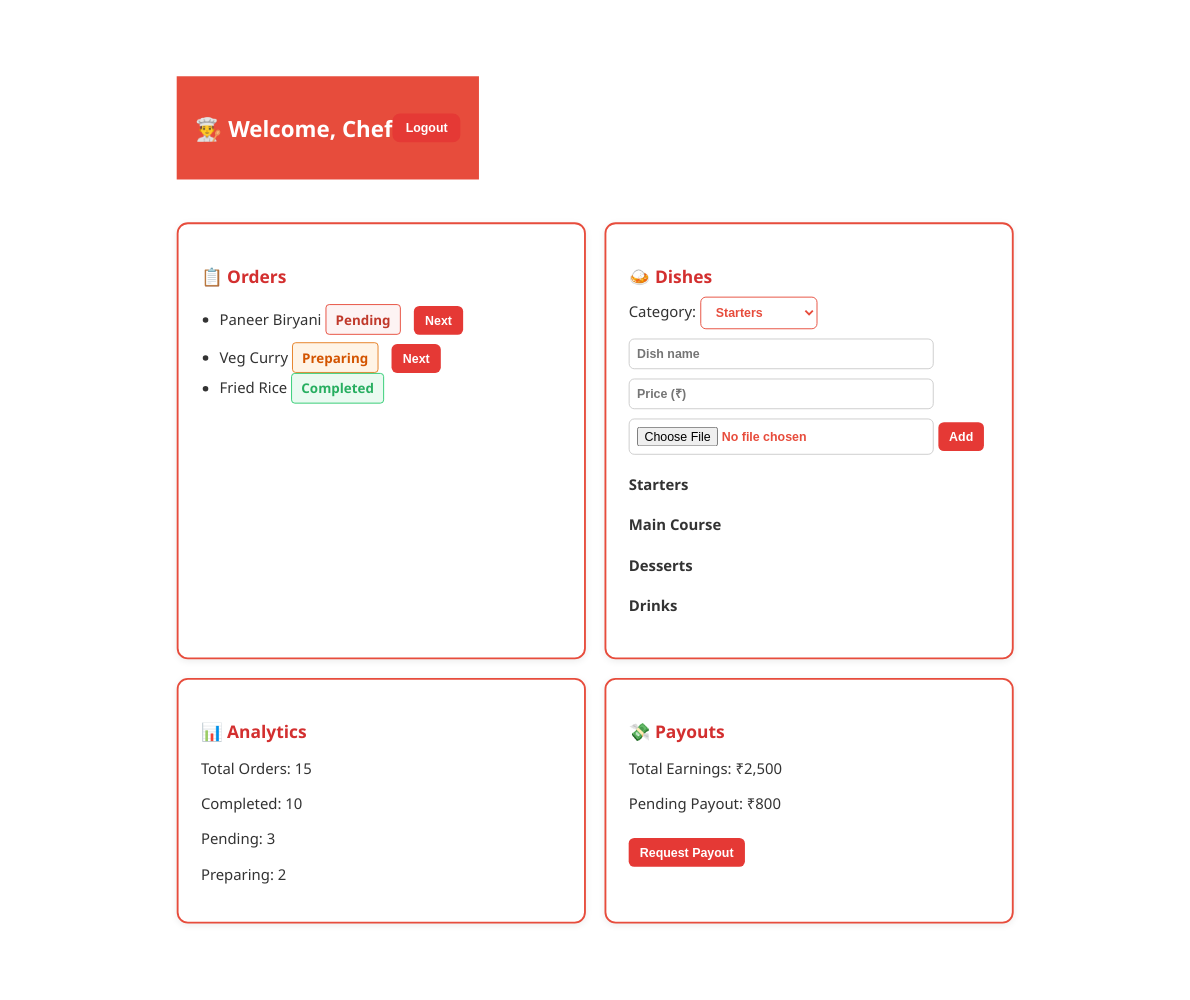
Repository: 1Siri7/chef
Page: dashboard.html
These files come from the project's save history. The page is drawn as it stood at one moment and after the next save; the edit follows.
The browser window is 1280 px wide. The pictures show the whole page, at 93% of full size.

Above is the page before, as saved 2025-08-01 21:48:27.
Console error: TypeError: Cannot read properties of null (reading 'addEventListener')

### dashboard.html
<!DOCTYPE html>
<html lang="en">
<head>
  <meta charset="UTF-8" />
  <meta name="viewport" content="width=device-width, initial-scale=1.0">
  <title>Chef Dashboard - Zavoryaf</title>
  <link rel="stylesheet" href="style.css" />
</head>
<body>
  <div class="dashboard-container">
    <header>
      <h2>👨‍🍳 Welcome, Chef</h2>
      <button onclick="logout()">Logout</button>
    </header>

    <section class="dashboard">
      <!-- Orders Section -->
      <!-- Orders Section -->
<!-- Orders Section -->
<div class="card orders">
  <h3>📋 Orders</h3>
  <ul id="orderList">
    <li class="order-item">
      <span class="dish-name">Paneer Biryani</span>
      <span class="status pending">Pending</span>
      <button onclick="updateOrderStatus(this)">Next</button>
    </li>
    <li class="order-item">
      <span class="dish-name">Veg Curry</span>
      <span class="status preparing">Preparing</span>
      <button onclick="updateOrderStatus(this)">Next</button>
    </li>
    <li class="order-item">
      <span class="dish-name">Fried Rice</span>
      <span class="status completed">Completed</span>
    </li>
  </ul>
</div>


<!-- Dishes Section -->
<div class="card menu">
  <h3>🍛 Dishes</h3>
  <label for="dishCategory">Category:</label>
  <select id="dishCategory">
    <option value="starters">Starters</option>
    <option value="main-course">Main Course</option>
    <option value="desserts">Desserts</option>
    <option value="drinks">Drinks</option>
  </select>

  <input type="text" id="newDish" placeholder="Dish name" />
  <input type="number" id="dishPrice" placeholder="Price (₹)" />
  <input type="file" id="dishImage" accept="image/*" />
  <button onclick="addDish()">Add</button>

  <h4>Starters</h4>
  <ul id="startersList"></ul>

  <h4>Main Course</h4>
  <ul id="main-courseList"></ul>

  <h4>Desserts</h4>
  <ul id="dessertsList"></ul>

  <h4>Drinks</h4>
  <ul id="drinksList"></ul>
</div>

<!-- Analytics Section -->
<div class="card analytics">
  <h3>📊 Analytics</h3>
  <p>Total Orders: 15</p>
  <p>Completed: 10</p>
  <p>Pending: 3</p>
  <p>Preparing: 2</p>
</div>

<!-- Payout Section -->
<div class="card payouts">
  <h3>💸 Payouts</h3>
  <p>Total Earnings: ₹2,500</p>
  <p>Pending Payout: ₹800</p>
  <button>Request Payout</button>
</div>


  <script src="script.js"></script>
</body>
</html>

### style.css
/* ---------- Global Styles ---------- */
body {
  font-family: 'Segoe UI', sans-serif;
  margin: 0;
  background: #fff;
  color: #333;
}

/* ---------- Auth Page ---------- */
.auth-container {
  max-width: 400px;
  margin: 60px auto;
  padding: 2rem;
  border: 2px solid #e53935;
  border-radius: 15px;
  background: #fff;
  box-shadow: 0 0 10px #f8d7da;
  text-align: center;
}

h1 {
  color: #e53935;
}

.form-toggle {
  display: flex;
  justify-content: center;
  margin-bottom: 1rem;
}

.form-toggle button {
  padding: 10px 20px;
  border: none;
  background: #fff;
  color: #e53935;
  font-weight: bold;
  cursor: pointer;
  border-bottom: 2px solid transparent;
  transition: border-bottom 0.3s ease;
}

.form-toggle button.active {
  border-bottom: 2px solid #e53935;
}

.auth-form {
  display: flex;
  flex-direction: column;
  gap: 10px;
}

.auth-form input {
  padding: 10px;
  border: 1px solid #ddd;
  border-radius: 8px;
  outline: none;
}

.auth-form button {
  background: #e53935;
  color: #fff;
  border: none;
  padding: 10px;
  border-radius: 8px;
  cursor: pointer;
  transition: background 0.3s ease;
}

.auth-form button:hover {
  background: #c62828;
}

.auth-form.hidden {
  display: none;
}

/* ---------- Dashboard Page ---------- */
.dashboard-container {
  max-width: 900px;
  margin: 50px auto;
  padding: 20px;
}

header {
  display: flex;
  justify-content: space-between;
  align-items: center;
}

header button {
  background: #e53935;
  color: #fff;
  border: none;
  padding: 8px 14px;
  border-radius: 8px;
  cursor: pointer;
  transition: background 0.3s ease;
}

header button:hover {
  background: #c62828;
}

.dashboard {
  display: flex;
  flex-wrap: wrap;
  gap: 20px;
  margin-top: 30px;
}

.card {
  background: #ffeaea;
  padding: 20px;
  flex: 1 1 280px;
  border-radius: 12px;
  box-shadow: 0 0 8px #f8c0c0;
}

.card h3 {
  color: #d32f2f;
  margin-bottom: 10px;
}

.card ul {
  padding-left: 20px;
  margin: 0;
}

.card input {
  padding: 8px;
  width: 80%;
  border-radius: 6px;
  border: 1px solid #ccc;
  margin-top: 10px;
  outline: none;
}

.card button {
  margin-top: 10px;
  padding: 8px 12px;
  background: #e53935;
  color: white;
  border: none;
  border-radius: 6px;
  cursor: pointer;
  transition: background 0.3s ease;
}

.card button:hover {
  background: #c62828;
}

/* ---------- Status Badges ---------- */
.status {
  display: inline-block;
  padding: 4px 10px;
  border-radius: 6px;
  font-size: 12px;
  font-weight: bold;
  color: white;
  margin-right: 10px;
}

.status.pending {
  background-color: orange;
}

.status.preparing {
  background-color: dodgerblue;
}

.status.completed {
  background-color: green;
}
.hidden {
  display: none;
}
/* ---------------- Mobile Styles: Red & White Theme ---------------- */
/* ---------- Global Styles ---------- */
body {
  font-family: 'Segoe UI', sans-serif;
  margin: 0;
  padding: 0;
  background: #fff;
  color: #333;
}

header {
  background-color: #e74c3c;
  color: white;
  padding: 1.2rem;
  text-align: center;
}

.dashboard-container {
  display: flex;
  justify-content: space-between;
  gap: 1rem;
  padding: 2rem;
  flex-wrap: wrap;
}

/* Cards or sections inside dashboard */
.section, .card {
  background: #fff;
  border: 2px solid #e74c3c;
  border-radius: 12px;
  padding: 1.5rem;
  width: 48%;
  box-shadow: 0 2px 8px rgba(0,0,0,0.08);
}

/* Dish item styling */
.dish-item {
  display: flex;
  justify-content: space-between;
  align-items: center;
  border-bottom: 1px solid #f5b5b5;
  padding: 10px 0;
}

.dish-image {
  width: 120px;
  height: 90px;
  object-fit: cover;
  border-radius: 8px;
}

.dish-info-container {
  flex-grow: 1;
  padding: 0 1rem;
}

.dish-actions {
  display: flex;
  flex-direction: row;
  gap: 10px;
}

button, input, select {
  padding: 8px 12px;
  border: 1px solid #e74c3c;
  border-radius: 6px;
  background-color: #fff;
  color: #e74c3c;
  font-weight: bold;
  cursor: pointer;
}

button:hover {
  background-color: #e74c3c;
  color: #fff;
}

.edit-btn {
  background-color: #fff;
  color: #e67e22;
  border: 1px solid #e67e22;
}

.delete-btn {
  background-color: #fff;
  color: #c0392b;
  border: 1px solid #c0392b;
}

.status {
  font-size: 0.9rem;
  padding: 6px 10px;
  border-radius: 4px;
  display: inline-block;
}

.status.pending {
  background-color: #fdf3f3;
  color: #c0392b;
  border: 1px solid #e74c3c;
}

.status.preparing {
  background-color: #fff4e6;
  color: #d35400;
  border: 1px solid #e67e22;
}

.status.completed {
  background-color: #eafaf1;
  color: #27ae60;
  border: 1px solid #2ecc71;
}

/* ---------- Responsive Styles ---------- */
@media screen and (max-width: 768px) {
  .dashboard-container {
    flex-direction: column;
    padding: 1rem;
  }

  .section, .card {
    width: 100%;
    margin-bottom: 1rem;
  }

  .dish-item {
    flex-direction: column;
    align-items: flex-start;
  }

  .dish-actions {
    flex-direction: column;
    width: 100%;
  }

  button, input, select {
    width: 100%;
    font-size: 1rem;
  }

  .edit-btn, .delete-btn {
    width: 48%;
    display: inline-block;
  }
}
/* Specific section order for mobile */
@media screen and (max-width: 768px) {
  .dashboard {
    flex-direction: column !important;
  }

  .card {
    width: 100% !important;
  }

  .orders {
    order: 1;
  }

  .menu {
    order: 2;
  }

  .analytics {
    order: 3;
  }

  .payouts {
    order: 4;
  }
}

### script.js
// script.js

// Function to handle user logout
function logout() {
    // Redirects the user to the 'index.html' page upon logout
    window.location.href = "index.html";
}
// Toggle between Login and Register forms
const loginBtn = document.getElementById("loginBtn");
const registerBtn = document.getElementById("registerBtn");
const loginForm = document.getElementById("loginForm");
const registerForm = document.getElementById("registerForm");

loginBtn.addEventListener("click", () => {
  loginBtn.classList.add("active");
  registerBtn.classList.remove("active");
  loginForm.classList.remove("hidden");
  registerForm.classList.add("hidden");
});

registerBtn.addEventListener("click", () => {
  registerBtn.classList.add("active");
  loginBtn.classList.remove("active");
  registerForm.classList.remove("hidden");
  loginForm.classList.add("hidden");
});

// Function to add a new dish to the menu
function addDish() {
    // Get references to input elements for new dish details
    const nameInput = document.getElementById("newDish");
    const priceInput = document.getElementById("dishPrice");
    const imageInput = document.getElementById("dishImage");
    const category = document.getElementById("dishCategory").value; // Get selected category


    // Trim whitespace from name and price inputs
    const name = nameInput.value.trim();
    const price = priceInput.value.trim();
    const imageFile = imageInput.files[0]; // Get the selected image file

    // Basic validation: ensure all fields are filled
    if (!name || !price || !imageFile) {
        alert("Please enter all fields and select an image.");
        return; // Stop function execution if validation fails
    }

    // Use FileReader to read the image file as a Data URL
    const reader = new FileReader();
    reader.onload = function (e) {
        // Create a new list item (<li>) for the dish
        const li = document.createElement("li");
        li.classList.add('dish-item'); // Add a class for styling and easier selection
        li.style.display = "flex"; // Use flexbox for layout
        li.style.alignItems = "center"; // Vertically center items
        li.style.gap = "15px"; // Space between elements
        li.style.padding = "10px 0";
        li.style.borderBottom = "1px dotted #eee"; // Separator

        // Create the image element for the dish
        const img = document.createElement("img");
        img.src = e.target.result; // Set image source from FileReader result
        img.alt = name; // Set alt text for accessibility
        img.style.width = "60px"; // Fixed width for display
        img.style.height = "60px"; // Fixed height for display
        img.style.objectFit = "cover"; // Ensures image covers the area without distortion
        img.style.borderRadius = "8px"; // Rounded corners for the image
        img.classList.add('dish-image'); // Add a class for easier selection

        // Create a container for dish information (name/price display and edit inputs)
        const infoContainer = document.createElement("div");
        infoContainer.classList.add('dish-info-container');
        infoContainer.style.flexGrow = "1"; // Allows it to take available space

        // Element to display dish name and price (visible when not editing)
        const infoSpan = document.createElement("span");
        infoSpan.className = "dish-info-display";
        infoSpan.textContent = `${name} - ₹${price}`;
        infoSpan.style.fontWeight = "bold";
        infoSpan.style.color = "#444";

        // Input field for editing dish name (hidden initially)
        const nameEditInput = document.createElement("input");
        nameEditInput.type = "text";
        nameEditInput.classList.add('dish-name-edit');
        nameEditInput.value = name; // Pre-fill with current name
        nameEditInput.style.display = "none"; // Hidden by default
        nameEditInput.style.width = "calc(50% - 10px)"; // Responsive width
        nameEditInput.style.padding = "5px";
        nameEditInput.style.border = "1px solid #ccc";
        nameEditInput.style.borderRadius = "4px";

        // Input field for editing dish price (hidden initially)
        const priceEditInput = document.createElement("input");
        priceEditInput.type = "number"; // Use number type for price
        priceEditInput.classList.add('dish-price-edit');
        priceEditInput.value = price; // Pre-fill with current price
        priceEditInput.style.display = "none"; // Hidden by default
        priceEditInput.style.width = "calc(50% - 10px)"; // Responsive width
        priceEditInput.style.padding = "5px";
        priceEditInput.style.border = "1px solid #ccc";
        priceEditInput.style.borderRadius = "4px";

        // File input for changing dish image (hidden initially)
        const imageFileInput = document.createElement("input");
        imageFileInput.type = "file";
        imageFileInput.accept = "image/*"; // Only accept image files
        imageFileInput.classList.add('dish-image-edit');
        imageFileInput.style.display = "none"; // Hidden by default
        imageFileInput.style.marginTop = "5px"; // Spacing above it

        // Append display and edit inputs to the info container
        infoContainer.appendChild(infoSpan);
        infoContainer.appendChild(nameEditInput);
        infoContainer.appendChild(priceEditInput);
        infoContainer.appendChild(imageFileInput);

        // Create a div for action buttons (Edit/Save, Delete)
        const actionsDiv = document.createElement("div");
        actionsDiv.className = "dish-actions";

        // Create the "Edit" button
        const editBtn = document.createElement("button");
        editBtn.textContent = "Edit";
        editBtn.classList.add('edit-btn'); // Class for selection and styling
        editBtn.style.backgroundColor = "#3498db"; // Blue color
        editBtn.style.color = "white";
        editBtn.style.border = "none";
        editBtn.style.padding = "7px 14px";
        editBtn.style.borderRadius = "5px";
        editBtn.style.cursor = "pointer";
        editBtn.style.fontSize = "0.9em";
        editBtn.style.marginRight = "8px";
        editBtn.style.transition = "background-color 0.2s ease";
        // Add hover effects
        editBtn.onmouseover = () => editBtn.style.backgroundColor = "#2980b9";
        editBtn.onmouseout = () => editBtn.style.backgroundColor = "#3498db";

        // Dynamic click handler for Edit/Save button
        editBtn.onclick = function () {
            if (editBtn.textContent === "Edit") {
                startEdit(li); // If button says "Edit", start editing mode
            } else {
                saveEdit(li); // If button says "Save", save changes
            }
        };

        // Create the "Delete" button
        const deleteBtn = document.createElement("button");
        deleteBtn.textContent = "Delete";
        deleteBtn.classList.add('delete-btn'); // Class for selection and styling
        deleteBtn.style.backgroundColor = "#e74c3c"; // Red color
        deleteBtn.style.color = "white";
        deleteBtn.style.border = "none";
        deleteBtn.style.padding = "7px 14px";
        deleteBtn.style.borderRadius = "5px";
        deleteBtn.style.cursor = "pointer";
        deleteBtn.style.fontSize = "0.9em";
        deleteBtn.style.transition = "background-color 0.2s ease";
        // Add hover effects
        deleteBtn.onmouseover = () => deleteBtn.style.backgroundColor = "#c0392b";
        deleteBtn.onmouseout = () => deleteBtn.style.backgroundColor = "#e74c3c";

        // Click handler for Delete button with confirmation
        deleteBtn.onclick = function () {
            if (confirm(`Are you sure you want to delete "${name}"?`)) {
                li.remove(); // Remove the list item from the DOM
            }
        };

        // Append buttons to the actions div
        actionsDiv.appendChild(editBtn);
        actionsDiv.appendChild(deleteBtn);

        // Append all created elements to the list item
        li.appendChild(img);
        li.appendChild(infoContainer);
        li.appendChild(actionsDiv);

        // Append the new dish list item to the correct category list
        document.getElementById(`${category}List`).appendChild(li);
    };

    // Read the image file as a Data URL, which triggers the onload event
    reader.readAsDataURL(imageFile);

    // Clear the input fields after adding the dish
    nameInput.value = "";
    priceInput.value = "";
    imageInput.value = "";
}

// Function to transition a dish item into editing mode
function startEdit(li) {
    // Get references to all relevant elements within the specific list item
    const displaySpan = li.querySelector('.dish-info-display');
    const nameInput = li.querySelector('.dish-name-edit');
    const priceInput = li.querySelector('.dish-price-edit');
    const imageFileInput = li.querySelector('.dish-image-edit');
    const editBtn = li.querySelector('.edit-btn');
    // const deleteBtn = li.querySelector('.delete-btn'); // No need to modify delete button state for now

    // Extract current name and price from the display span
    const [currentName, currentPrice] = displaySpan.textContent.split(' - ₹');

    // Populate the edit input fields with current values
    nameInput.value = currentName.trim();
    priceInput.value = currentPrice.trim();

    // Hide the display span and show the input fields
    displaySpan.style.display = 'none';
    nameInput.style.display = 'inline-block';
    priceInput.style.display = 'inline-block';
    imageFileInput.style.display = 'block'; // Display file input below text inputs

    // Change "Edit" button to "Save" and update its style
    editBtn.textContent = "Save";
    editBtn.style.backgroundColor = "#2ecc71"; // Green for Save
    editBtn.onmouseover = () => editBtn.style.backgroundColor = "#27ae60";
    editBtn.onmouseout = () => editBtn.style.backgroundColor = "#2ecc71";

    // Optional: Disable delete button during edit to prevent conflicts
    // deleteBtn.disabled = true;
}

// Function to save changes made to a dish item during editing
function saveEdit(li) {
    // Get references to all relevant elements within the specific list item
    const displaySpan = li.querySelector('.dish-info-display');
    const img = li.querySelector('.dish-image');
    const nameInput = li.querySelector('.dish-name-edit');
    const priceInput = li.querySelector('.dish-price-edit');
    const imageFileInput = li.querySelector('.dish-image-edit');
    const editBtn = li.querySelector('.edit-btn');
    // const deleteBtn = li.querySelector('.delete-btn'); // No need to modify delete button state for now

    // Get new values from the input fields
    const newName = nameInput.value.trim();
    const newPrice = priceInput.value.trim();
    const newImageFile = imageFileInput.files[0]; // Get the newly selected image file

    // Validation: ensure name is not empty and price is a valid number
    if (!newName || newPrice === "" || isNaN(parseFloat(newPrice))) {
        alert("Please enter a valid name and numeric price.");
        return; // Stop function execution if validation fails
    }

    // Update the text content of the display span
    // parseFloat and toFixed(0) ensure price is an integer in display
    displaySpan.textContent = `${newName} - ₹${parseFloat(newPrice).toFixed(0)}`;
    img.alt = newName; // Update alt text for accessibility

    // If a new image file was selected, read and update the image source
    if (newImageFile) {
        const reader = new FileReader();
        reader.onload = function (e) {
            img.src = e.target.result; // Update the main dish image
        };
        reader.readAsDataURL(newImageFile); // Read the new image file
    }

    // Hide the input fields and show the display span again
    displaySpan.style.display = 'block'; // Change back to block for text display
    nameInput.style.display = 'none';
    priceInput.style.display = 'none';
    imageFileInput.style.display = 'none';

    // Reset the file input value to clear the selected file
    imageFileInput.value = '';

    // Change "Save" button back to "Edit" and update its style
    editBtn.textContent = "Edit";
    editBtn.style.backgroundColor = "#3498db"; // Blue for Edit
    editBtn.onmouseover = () => editBtn.style.backgroundColor = "#2980b9";
    editBtn.onmouseout = () => editBtn.style.backgroundColor = "#3498db";

    // Optional: Re-enable delete button
    // deleteBtn.disabled = false;
}

// Function to update the status of an order
function updateOrderStatus(button) {
    const statusSpan = button.previousElementSibling; // Get the status span
    const currentStatus = statusSpan.textContent.toLowerCase(); // Get current status text

    // Logic to cycle through order statuses
    if (currentStatus === "pending") {
        statusSpan.textContent = "Preparing";
        statusSpan.className = "status preparing"; // Update class for styling
    } else if (currentStatus === "preparing") {
        statusSpan.textContent = "Completed";
        statusSpan.className = "status completed"; // Update class for styling
        button.remove(); // Remove the "Next" button once completed
    }
}
document.addEventListener("DOMContentLoaded", function () {
  const loginForm = document.getElementById("loginForm");
  const registerForm = document.getElementById("registerForm");
  const loginBtn = document.getElementById("loginBtn");
  const registerBtn = document.getElementById("registerBtn");

  // Toggle between Login/Register forms
  loginBtn.addEventListener("click", () => {
    loginForm.classList.remove("hidden");
    registerForm.classList.add("hidden");
    loginBtn.classList.add("active");
    registerBtn.classList.remove("active");
  });

  registerBtn.addEventListener("click", () => {
    registerForm.classList.remove("hidden");
    loginForm.classList.add("hidden");
    registerBtn.classList.add("active");
    loginBtn.classList.remove("active");
  });

  // Login form submission logic
  loginForm.addEventListener("submit", function (e) {
    e.preventDefault(); // Prevent page reload

    // You can add real validation here if needed
    const email = loginForm.querySelector('input[type="email"]').value;
    const password = loginForm.querySelector('input[type="password"]').value;

    // Dummy check
    if (email && password) {
      // Redirect to dashboard
      window.location.href = "dashboard.html";
    } else {
      alert("Please enter valid credentials.");
    }
  });
});

After the next save:
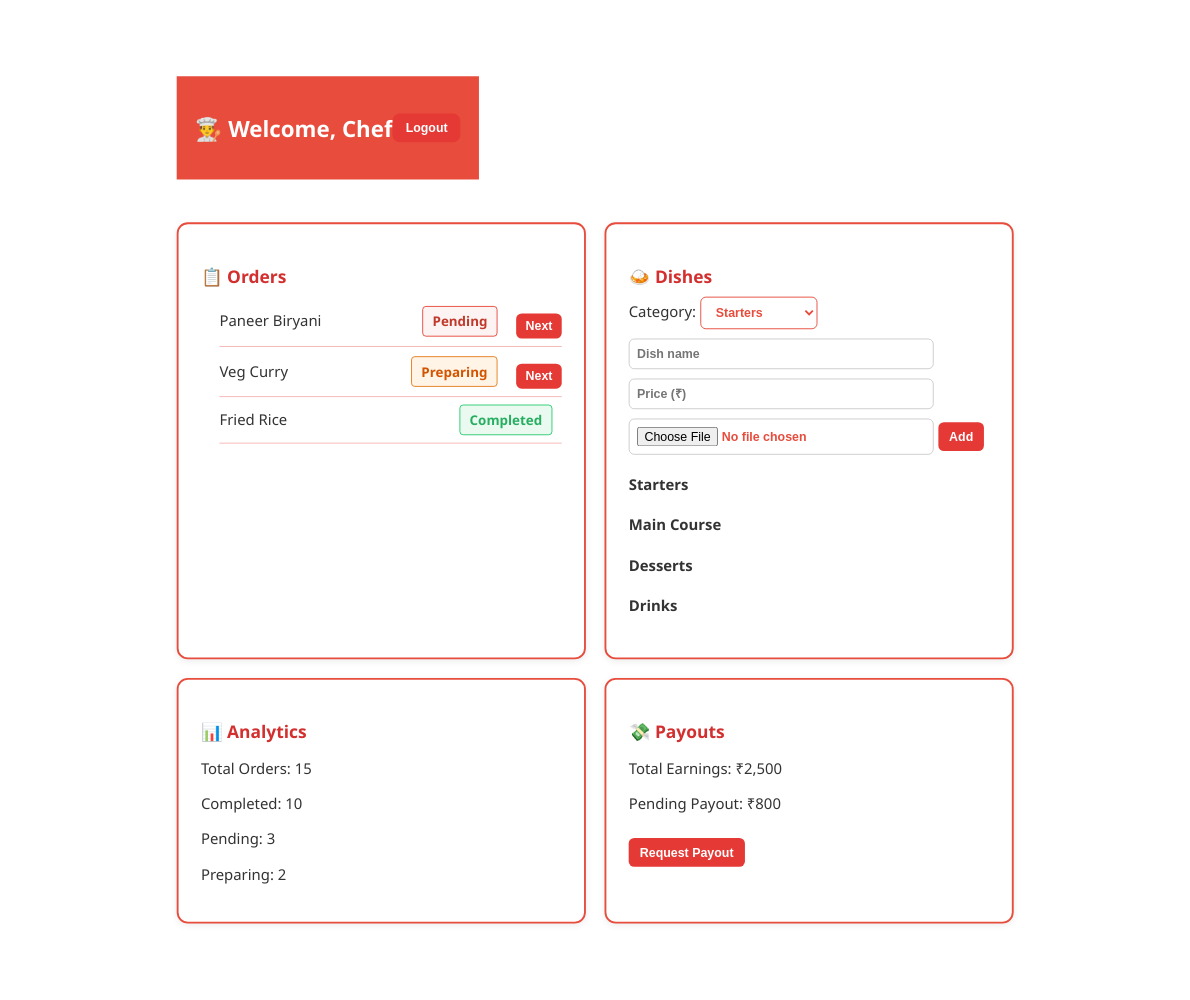
Saved 32 s later.
--- a/style.css
+++ b/style.css
@@ -288,6 +288,30 @@ button:hover {
   color: #27ae60;
   border: 1px solid #2ecc71;
 }
+.order-item {
+  display: flex;
+  justify-content: space-between;
+  align-items: center;
+  padding: 8px 0;
+  border-bottom: 1px solid #f5b5b5;
+  gap: 10px;
+  flex-wrap: wrap;
+}
+
+.order-item .dish-name {
+  flex: 1;
+  font-weight: 500;
+}
+
+.order-item .status {
+  flex-shrink: 0;
+}
+
+.order-item button {
+  flex-shrink: 0;
+  padding: 6px 10px;
+}
+
 
 /* ---------- Responsive Styles ---------- */
 @media screen and (max-width: 768px) {
